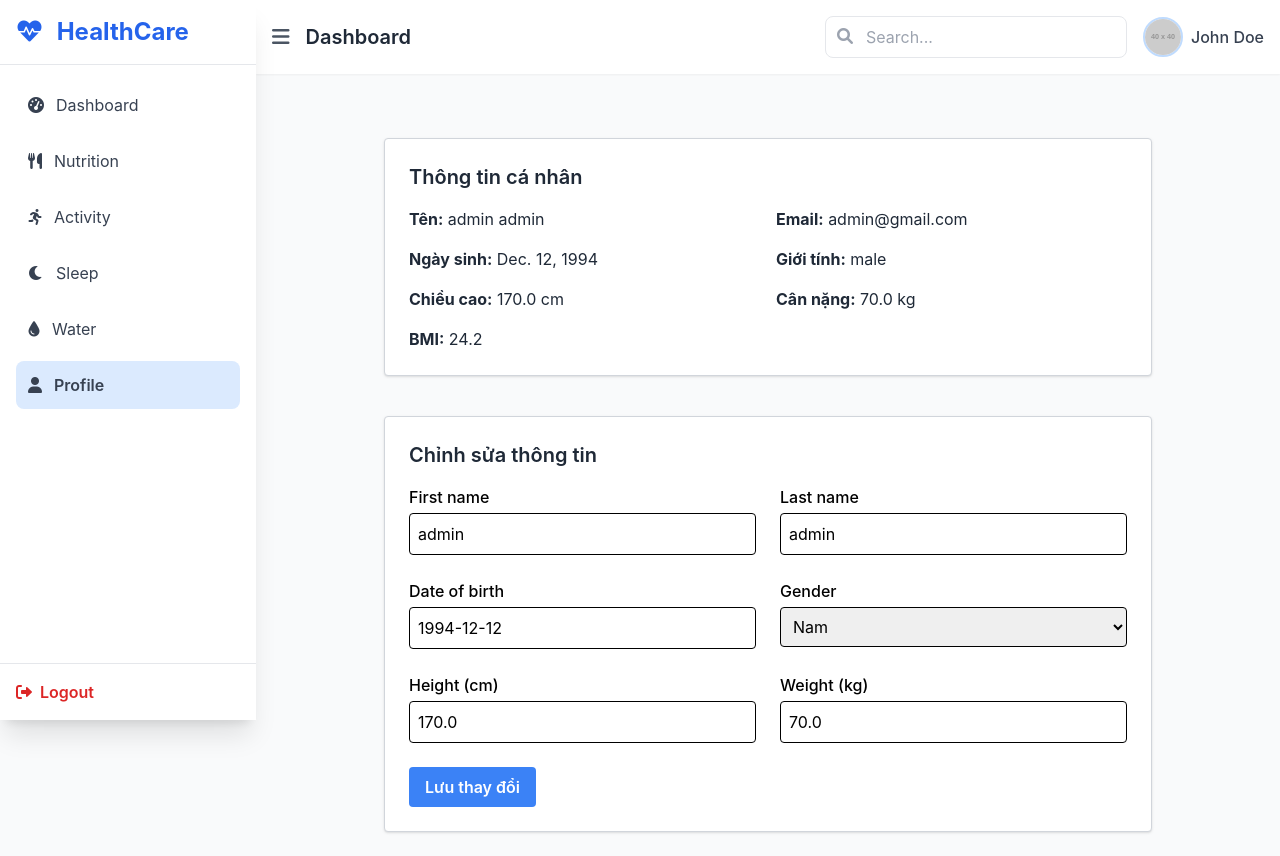
Repository: Khank2104/Khank
Page: http://localhost/profile/
These files come from the project's save history. The page is drawn as it stood at one moment and after the next save; the edit follows.
The browser window is 1280 px wide. The pictures show the whole page.
Some web libraries are served in a nearby version. The page is served by the project's application, run on Django 5.2 (manage.py). The first stored user is signed in. Other server files are loaded and not shown. The page reads the database file committed with the project.

Above is the page before, as saved 2025-05-18 22:12:23.

### main/templatetags/form_filters.py
from django import template

register = template.Library()

@register.filter(name='add_class')
def add_class(field, css_class):
    try:
        return field.as_widget(attrs={"class": css_class})
    except AttributeError:
        return field  # fallback nếu field không có .as_widget


@register.filter
def progress_percent(current, goal):
    try:
        return round((current / goal) * 100)
    except (ZeroDivisionError, TypeError):
        return 0

### main/templates/main/profile.html
{% extends 'main/base.html' %}
{% load form_filters %}
{% block title %}Thông tin cá nhân{% endblock %}

{% block content %}
<div class="max-w-3xl mx-auto mt-10 space-y-10">

    <!-- Thông tin -->
    <div class="bg-white border border-gray-300 rounded px-6 py-6 shadow">
        <h2 class="text-xl font-semibold text-gray-800 mb-4">Thông tin cá nhân</h2>
        <div class="grid grid-cols-1 md:grid-cols-2 gap-4 text-gray-800">
            <p><strong>Tên:</strong> {{ user.get_full_name }}</p>
            <p><strong>Email:</strong> {{ user.email }}</p>
            <p><strong>Ngày sinh:</strong> {{ user.date_of_birth }}</p>
            <p><strong>Giới tính:</strong> {{ user.gender }}</p>
            <p><strong>Chiều cao:</strong> {{ user.height_cm }} cm</p>
            <p><strong>Cân nặng:</strong> {{ user.weight_kg }} kg</p>
            <p><strong>BMI:</strong> {{ user.bmi }}</p>
        </div>
    </div>

    <!-- Form -->
    <div class="bg-white border border-gray-300 rounded px-6 py-6 shadow">
        <h2 class="text-xl font-semibold text-gray-800 mb-4">Chỉnh sửa thông tin</h2>
        <form method="POST">
            {% csrf_token %}
            <div class="grid grid-cols-1 md:grid-cols-2 gap-6">
                <div>
                    <label class="block font-medium mb-1">First name</label>
                    {{ form.first_name|add_class:"w-full p-2 border border-black rounded" }}
                </div>
                <div>
                    <label class="block font-medium mb-1">Last name</label>
                    {{ form.last_name|add_class:"w-full p-2 border border-black rounded" }}
                </div>
                <div>
                    <label class="block font-medium mb-1">Date of birth</label>
                    {{ form.date_of_birth|add_class:"w-full p-2 border border-black rounded" }}
                </div>
                <div>
                    <label class="block font-medium mb-1">Gender</label>
                    {{ form.gender|add_class:"w-full p-2 border border-black rounded" }}
                </div>
                <div>
                    <label class="block font-medium mb-1">Height (cm)</label>
                    {{ form.height_cm|add_class:"w-full p-2 border border-black rounded" }}
                </div>
                <div>
                    <label class="block font-medium mb-1">Weight (kg)</label>
                    {{ form.weight_kg|add_class:"w-full p-2 border border-black rounded" }}
                </div>
            </div>
            <div class="mt-6">
                <button type="submit" class="bg-blue-500 hover:bg-blue-600 text-white font-semibold py-2 px-4 rounded">
                    Lưu thay đổi
                </button>
            </div>

        </form>
    </div>
</div>
{% endblock %}

### main/templates/main/base.html
{% load static %}
<!DOCTYPE html>
<html lang="en">

<head>
    <meta charset="UTF-8" />
    <meta name="viewport" content="width=device-width, initial-scale=1.0" />
    <title>{% block title %}HealthCare{% endblock %}</title>
    <script src="https://cdn.tailwindcss.com"></script>
    <script src="https://cdn.jsdelivr.net/npm/chart.js"></script>
    <link href="https://cdnjs.cloudflare.com/ajax/libs/font-awesome/6.0.0/css/all.min.css" rel="stylesheet" />
    <link rel="stylesheet" href="{% static 'css/styles.css' %}">
</head>

<body class="bg-gray-50">
    <div class="flex min-h-screen">
        <!-- Sidebar -->
        <div class="sidebar fixed inset-y-0 left-0 w-64 bg-white shadow-xl flex flex-col z-20">
            <div class="p-4 border-b border-gray-200">
                <h1 class="text-2xl font-bold text-blue-600 flex items-center">
                    <a href="/"><i class="fas fa-heartbeat mr-2"></i> HealthCare</a>
                </h1>
            </div>
            <nav class="flex-1 p-4">
                <ul class="space-y-2">
                    <li>
                        <a href="/" class="flex items-center p-3 text-gray-700 hover:bg-blue-50 hover:text-blue-600 rounded-lg transition-colors">
                            <i class="fas fa-tachometer-alt mr-3"></i> Dashboard
                        </a>
                    </li>
                    <li>
                        <a href="/nutrition/"
                            class="flex items-center p-3 text-gray-700 hover:bg-blue-50 hover:text-blue-600 rounded-lg transition-colors">
                            <i class="fas fa-utensils mr-3"></i> Nutrition
                        </a>
                    </li>
                    <li>
                        <a href="/activity/"
                            class="flex items-center p-3 text-gray-700 hover:bg-blue-50 hover:text-blue-600 rounded-lg transition-colors">
                            <i class="fas fa-running mr-3"></i> Activity
                        </a>
                    </li>
                    <li>
                        <a href="/sleep/"
                            class="flex items-center p-3 text-gray-700 hover:bg-blue-50 hover:text-blue-600 rounded-lg transition-colors">
                            <i class="fa-solid fa-moon mr-3"></i> Sleep
                        </a>
                    </li>
                    <li>
                        <a href="/water_intake/"
                            class="flex items-center p-3 text-gray-700 hover:bg-blue-50 hover:text-blue-600 rounded-lg transition-colors">
                            <i class="fa-solid fa-droplet mr-3"></i> Water
                        </a>
                    </li>
                    <li>
                        <a href="/profile/"
                            class="flex items-center p-3 text-gray-700 hover:bg-blue-50 hover:text-blue-600 rounded-lg transition-colors">
                            <i class="fas fa-user mr-3"></i> Profile
                        </a>
                    </li>
                </ul>
            </nav>
            <div class="p-4 border-t border-gray-200">
                <form method="POST" action="{% url 'logout' %}">
                    {% csrf_token %}
                    <button type="submit" class="w-full text-left text-red-600 hover:underline font-semibold flex items-center">
                        <i class="fas fa-sign-out-alt mr-2"></i> Logout
                    </button>
                </form>


            </div>
        </div>

        <!-- Main Content -->
        <div class="main-content flex-1 ml-64">
            <!-- Header -->
            <header class="bg-white shadow-sm p-4 flex justify-between items-center sticky top-0 z-10">
                <div class="flex items-center">
                    <button id="toggleSidebar" class="mr-4 text-gray-600 hover:text-blue-600">
                        <i class="fas fa-bars text-xl"></i>
                    </button>
                    <h2 class="text-xl font-semibold text-gray-800">Dashboard</h2>
                </div>
                <div class="flex items-center space-x-4">
                    <div class="relative">
                        <input type="text" placeholder="Search..."
                            class="border rounded-lg px-3 py-2 pl-10 focus:outline-none focus:ring-2 focus:ring-blue-500" />
                        <i class="fas fa-search absolute left-3 top-3 text-gray-400"></i>
                    </div>
                    <div class="flex items-center">
                        <img src="https://via.placeholder.com/40" alt="User"
                            class="w-10 h-10 rounded-full border-2 border-blue-200" />
                        <span class="ml-2 font-medium text-gray-700">John Doe</span>
                    </div>
                </div>
            </header>

            <!-- Dashboard Content -->
            <main class="flex-1 p-6 overflow-y-auto">
                {% block content %}
                <!-- Nội dung trang sẽ được chèn ở đây -->
                {% endblock %}
            </main>
        </div>
    </div>
    <!-- Thêm JavaScript -->
    <script src="{% static 'js/main.js' %}"></script>
</body>

</html>

### accounts/forms.py
from django import forms
from django.contrib.auth.forms import AuthenticationForm
from django.contrib.auth import authenticate
from .models import User
class EmailAuthenticationForm(forms.Form):
    email = forms.EmailField()
    password = forms.CharField(widget=forms.PasswordInput)

    def clean(self):
        email = self.cleaned_data.get('email')
        password = self.cleaned_data.get('password')
        user = authenticate(email=email, password=password)
        if not user:
            raise forms.ValidationError("Email hoặc mật khẩu không đúng")
        self.user = user
        return self.cleaned_data

    def get_user(self):
        return self.user


class UserProfileForm(forms.ModelForm):
    class Meta:
        model = User
        fields = ['first_name', 'last_name', 'date_of_birth', 'gender', 'height_cm', 'weight_kg']




class SignupForm(forms.ModelForm):
    password = forms.CharField(widget=forms.PasswordInput, label="Mật khẩu")

    class Meta:
        model = User
        fields = ['username', 'email', 'password']

    def clean_email(self):
        email = self.cleaned_data.get('email')
        if User.objects.filter(email=email).exists():
            raise forms.ValidationError("Email này đã được sử dụng.")
        return email

    def save(self, commit=True):
        user = super().save(commit=False)
        user.set_password(self.cleaned_data['password'])  # Mã hóa mật khẩu
        if commit:
            user.save()
        return user

### accounts/models.py
from django.contrib.auth.models import AbstractUser
from django.db import models

class User(AbstractUser):
    email = models.EmailField(unique=True)

    USERNAME_FIELD = 'email'
    REQUIRED_FIELDS = ['username']

    date_of_birth = models.DateField(null=True, blank=True)
    height_cm = models.FloatField(null=True, blank=True)
    weight_kg = models.FloatField(null=True, blank=True)
    gender = models.CharField(
        max_length=10,
        choices=[('male', 'Nam'), ('female', 'Nữ')],
        null=True,
        blank=True
    )

    @property
    def bmi(self):
        if self.height_cm and self.weight_kg:
            height_m = self.height_cm / 100
            return round(self.weight_kg / (height_m ** 2), 1)
        return None

### healthcare/urls.py
"""
URL configuration for healthcare project.

The `urlpatterns` list routes URLs to views. For more information please see:
    https://docs.djangoproject.com/en/5.2/topics/http/urls/
Examples:
Function views
    1. Add an import:  from my_app import views
    2. Add a URL to urlpatterns:  path('', views.home, name='home')
Class-based views
    1. Add an import:  from other_app.views import Home
    2. Add a URL to urlpatterns:  path('', Home.as_view(), name='home')
Including another URLconf
    1. Import the include() function: from django.urls import include, path
    2. Add a URL to urlpatterns:  path('blog/', include('blog.urls'))
"""

from django.contrib import admin
from django.urls import path, include


urlpatterns = [
    path('', include('main.urls')),  # Điều hướng chính
    path('admin/', admin.site.urls),

]

### main/urls.py
from django.urls import path
from . import views

from django.urls import path
from . import views
from django.contrib.auth.views import LogoutView
urlpatterns = [
    path('', views.dashboard, name='dashboard'),  # Trang mặc định sau đăng nhập
    path('index/', views.index, name='index'),    # Trang landing (giới thiệu, landing page)
    path('activity/', views.activity, name='activity'),
    path('generate_meal_plan/', views.generate_meal_plan, name='generate_meal_plan'),
    path('generate_exercises/', views.generate_exercises, name='generate_exercises'),
    path('nutrition/', views.nutrition, name='nutrition'),
    path('sleep/', views.sleep, name='sleep'),
    path('water_intake/', views.water_intake, name='water_intake'),
    path('profile/', views.profile, name='profile'),
    path('authenticate/', views.authenticate_view, name='authenticate'),
    path('about/', views.about, name='about'),
    path('service/', views.service, name='service'),
    path('contact/', views.contact, name='contact'),
     path('logout/', LogoutView.as_view(next_page='/authenticate/'), name='logout'),
     path('signup/', views.signup_view, name='signup'),
    path('save_plan/', views.save_meal_plan, name='save_meal_plan'),
    path('nutrition/edit/<int:entry_id>/', views.edit_food_entry, name='edit_food_entry'),
    path('nutrition/delete/<int:entry_id>/', views.delete_food_entry, name='delete_food_entry'),
    path('save_exercise_plan/', views.save_exercise_plan, name='save_exercise_plan'),
    path('activity/edit/<int:activity_id>/', views.edit_activity, name='edit_activity'),
    path('activity/delete/<int:activity_id>/', views.delete_activity, name='delete_activity'),
    path('sleep/edit/<int:pk>/', views.edit_sleep, name='edit_sleep'),
    path('sleep/delete/<int:pk>/', views.delete_sleep, name='delete_sleep'),
    path('edit/<int:pk>/', views.edit_water_intake, name='edit_water'),
    path('delete/<int:pk>/', views.delete_water_intake, name='delete_water'),
]

### nutrition/forms.py
from django import forms
from .models import FoodEntry

GOAL_CHOICES = [
    ('weight_loss', 'Weight Loss'),
    ('muscle_gain', 'Muscle Gain'),
    ('maintenance', 'Maintenance'),
    ('energy', 'Improve Energy'),
]

class GoalSelectionForm(forms.Form):
    goal_type = forms.ChoiceField(choices=GOAL_CHOICES, label='Health Goal')

    # Các trường còn lại để readonly (không required)
    calorie_target = forms.IntegerField(label='Daily Calorie Target (kcal)', required=False)
    carbs = forms.IntegerField(label='Carbohydrates (g)', required=False)
    protein = forms.IntegerField(label='Protein (g)', required=False)
    fat = forms.IntegerField(label='Fat (g)', required=False)


class FoodEntryForm(forms.ModelForm):
    class Meta:
        model = FoodEntry
        fields = ['meal_type', 'food_name', 'calories', 'carbs', 'protein', 'fat', 'date']
        widgets = {
            'date': forms.DateInput(attrs={'type': 'date'}),
            'meal_type': forms.Select(attrs={'class': 'w-full p-2 border rounded'}),
            'food_name': forms.TextInput(attrs={'class': 'w-full p-2 border rounded'}),
            'calories': forms.NumberInput(attrs={'class': 'w-full p-2 border rounded'}),
            'carbs': forms.NumberInput(attrs={'class': 'w-full p-2 border rounded'}),
            'protein': forms.NumberInput(attrs={'class': 'w-full p-2 border rounded'}),
            'fat': forms.NumberInput(attrs={'class': 'w-full p-2 border rounded'}),
        }

### main/static/css/styles.css
body {
    font-family: "Inter", sans-serif;
}

.sidebar {
    transition: transform 0.3s ease;
    transform: translateX(0);
}

.sidebar-hidden {
    transform: translateX(-100%);
}

.main-content {
    transition: margin-left 0.3s ease;
}

.nutrition-chart-container {
    position: relative;
    height: 200px;
    width: 200px;
}

.card {
    transition: transform 0.3s ease, box-shadow 0.3s ease;
}

.card:hover {
    transform: translateY(-5px);
    box-shadow: 0 10px 20px rgba(0, 0, 0, 0.1);
}

.gradient-bg {
    background: linear-gradient(135deg, #3b82f6, #60a5fa);
}
.progress-circle {
    position: relative;
    width: 120px;
    height: 120px;
    margin: 0 auto;
}
.progress-circle svg {
    transform: rotate(-90deg);
}
.progress-circle .circle-bg {
    fill: none;
    stroke: #e5e7eb;
    stroke-width: 10;
}
.progress-circle .circle {
    fill: none;
    stroke: #38bdf8;
    stroke-width: 10;
    stroke-linecap: round;
    stroke-dasharray: 314;
    stroke-dashoffset: 0;
    transition: stroke-dashoffset 0.5s ease;
}
.progress-circle .text {
    position: absolute;
    top: 50%;
    left: 50%;
    transform: translate(-50%, -50%);
    font-size: 1.5rem;
    font-weight: bold;
    color: #1e40af;
}
@media (max-width: 768px) {
    .sidebar {
        transform: translateX(-100%);
    }

    .sidebar-hidden {
        transform: translateX(-100%);
    }

    .sidebar:not(.sidebar-hidden) {
        transform: translateX(0);
    }

    .main-content {
        margin-left: 0 !important;
    }
}

.chart-container {
    position: relative;
    height: 300px;
}

### db.sqlite3 (the tables this page reads, as SQL)
CREATE TABLE "accounts_user" ("id" integer NOT NULL PRIMARY KEY AUTOINCREMENT, "password" varchar(128) NOT NULL, "last_login" datetime NULL, "is_superuser" bool NOT NULL, "username" varchar(150) NOT NULL UNIQUE, "first_name" varchar(150) NOT NULL, "last_name" varchar(150) NOT NULL, "is_staff" bool NOT NULL, "is_active" bool NOT NULL, "date_joined" datetime NOT NULL, "date_of_birth" date NULL, "height_cm" real NULL, "weight_kg" real NULL, "gender" varchar(10) NULL, "email" varchar(254) NOT NULL UNIQUE, "last_weight_update" date NULL);
INSERT INTO "accounts_user" VALUES
(1, 'pbkdf2_sha256$1000000$89Nfag4CzvaoSIYnkGKqeh$k6QK25u3SlKRuifElngOElyH8S2tV/NwaGY9JKVfLUc=', '2025-06-03 11:11:44.468077', 1, 'admin', 'admin', 'admin', 1, 1, '2025-05-17 06:22:47.186972', '1994-12-12', 170.0, 70.0, 'male', 'admin@gmail.com', NULL),
(2, 'pbkdf2_sha256$1000000$KhZjVpHFrdMJ07XPteB4bX$SYqnBSLvU8hlZeWscY4M6WAyuxn2LRkAWmxr7Bxdqc8=', '2025-05-18 16:00:04.813906', 0, 'khanh', 'nguyen', 'Khanh', 0, 1, '2025-05-17 20:26:37.598070', '1994-12-12', 170.0, 60.0, 'male', 'khanh@gmail.com', NULL),
(3, 'pbkdf2_sha256$1000000$isnIHZgWomAYekvJXPzwIb$olWZcaqmkukywDyD0G8BSDYcML+y1iff+F+SE7zy7ng=', '2025-05-18 15:08:22.650568', 0, 'hung', 'hung', 'hung', 0, 1, '2025-05-18 15:08:21.751547', '2002-09-10', 170.0, 60.0, 'male', 'hung@gmail.com', NULL),
(4, 'pbkdf2_sha256$1000000$DYlPa6VoLDIWjPlEWTdr8Z$yGGaOo86K16G++DEyGq3MrLTWD8nsj6julzhztAUZmU=', '2025-05-18 15:21:08.871498', 0, 'tin', 'tin', 'nguyen', 0, 1, '2025-05-18 15:19:35.423499', '1991-09-10', 170.0, 70.0, 'male', 'tin@gmail.com', NULL),
(5, 'pbkdf2_sha256$1000000$pNa38njcJTdTWCqLpasV3G$bJluGPZ1ZHa/AOC56Yk7O0zsc6+lITcqc88lK7fI2c4=', '2025-05-18 15:44:30.583935', 0, 'khang', 'khang', 'nguyen', 0, 1, '2025-05-18 15:44:30.169527', '2001-09-02', 170.0, 56.0, 'male', 'khang@gmail.com', NULL),
(6, 'pbkdf2_sha256$1000000$NbDcqMi72pvjHB5sd7FEVR$q1yT0kZJN3+p1ukOy7WRVtTV/iO4J1Imh+5xgd1GNaM=', '2025-06-03 13:42:24.536930', 0, 'Khank', 'khánh', 'Nguyễn', 0, 1, '2025-05-18 16:45:23.822279', '2004-04-21', 170.0, 55.0, 'male', 'nnkhanh159@gmail.com', NULL),
(7, 'pbkdf2_sha256$1000000$wLqZVnfa3k81ZQL3SsTair$b0bxNBgp3Bhz3RqxZYlHQ+4kH7gkseEq018ek/YBdII=', '2025-05-20 01:47:28.976001', 0, 'tinthanh', 'tin', 'thanh', 0, 1, '2025-05-20 01:47:28.621010', '2004-09-22', 170.0, 70.0, 'male', 'tin123@gmail.com', NULL),
(8, 'pbkdf2_sha256$1000000$iGPZXDTAW8CunOpDd9vVkm$S5uflzA96nnqsNGCf9YZTrtJJbj04XZh+NLf4Ai6Izo=', '2025-05-20 02:45:31.633477', 0, 'khank', 'khank', 'nguyen', 0, 1, '2025-05-20 02:45:31.288118', '2004-04-21', 170.0, 54.5, 'male', 'khank@gmail.com', '2025-05-21'),
(9, 'pbkdf2_sha256$1000000$QVzsIC1WBJaD9UzpYBIn8K$rbTf++F5mdUwlg+DKRIK5Enkx3OsfMNbR+7JjFZl5I0=', '2025-05-29 04:02:34.226480', 0, 'huy', 'huy', 'quoc', 0, 1, '2025-05-29 04:02:33.839614', '2004-04-21', 170.0, 60.0, 'male', 'huy123@gmail.com', NULL),
(10, 'pbkdf2_sha256$1000000$3MQpEpOBe8k78pY6Vy3bUM$3qCZ6ebsplyrCR1flrw4XzSo3qJNKCwkjLN8YU55sHA=', '2025-05-31 11:05:36.220812', 0, 'test', 'test', 'test', 0, 1, '2025-05-31 11:05:35.859565', '2004-05-22', 165.0, 50.0, 'female', 'test@gmail.com', NULL),
(11, 'pbkdf2_sha256$1000000$mFSsqaq53FSsXIZM0Cy7ZI$lzaSADGixIpagGp6rpWhEgRo49uzfvPC1r6OdgBA2IA=', '2025-05-31 18:30:31.372236', 0, 'demo', 'demo', 'doan', 0, 1, '2025-05-31 18:02:59.310563', '2004-06-22', 180.0, 60.0, 'male', 'demo@gmail.com', NULL);

Loaded but not shown: main/static/js/main.js (26 lines, source omitted); main/views.py (569 lines, source omitted)

After the next save:
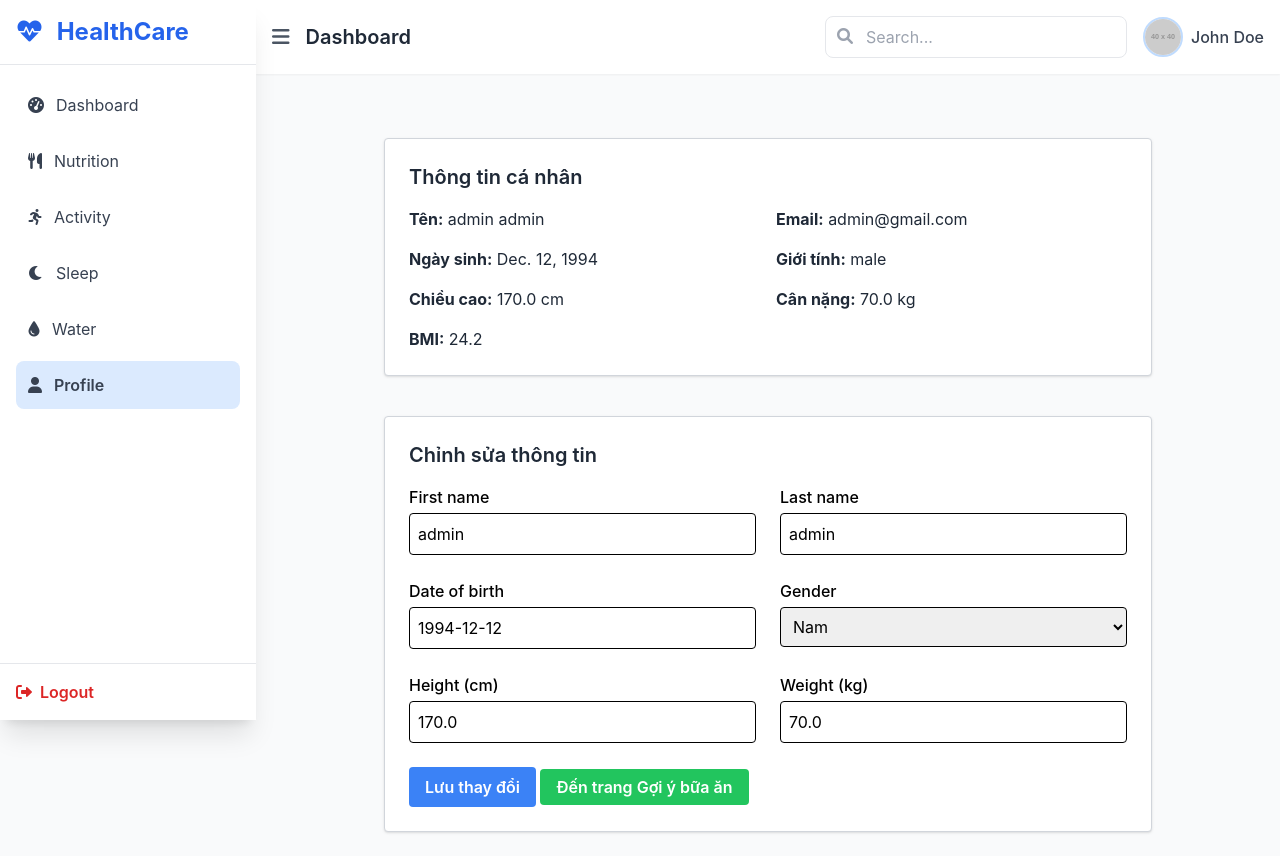
Saved 3 min 27 s later.
--- a/main/templates/main/profile.html
+++ b/main/templates/main/profile.html
@@ -54,6 +54,10 @@
                 <button type="submit" class="bg-blue-500 hover:bg-blue-600 text-white font-semibold py-2 px-4 rounded">
                     Lưu thay đổi
                 </button>
+
+                <a href="{% url 'generate_meal_plan' %}" class="bg-green-500 hover:bg-green-600 text-white font-semibold py-2 px-4 rounded text-center">
+                    Đến trang Gợi ý bữa ăn
+                </a>
             </div>
 
         </form>
